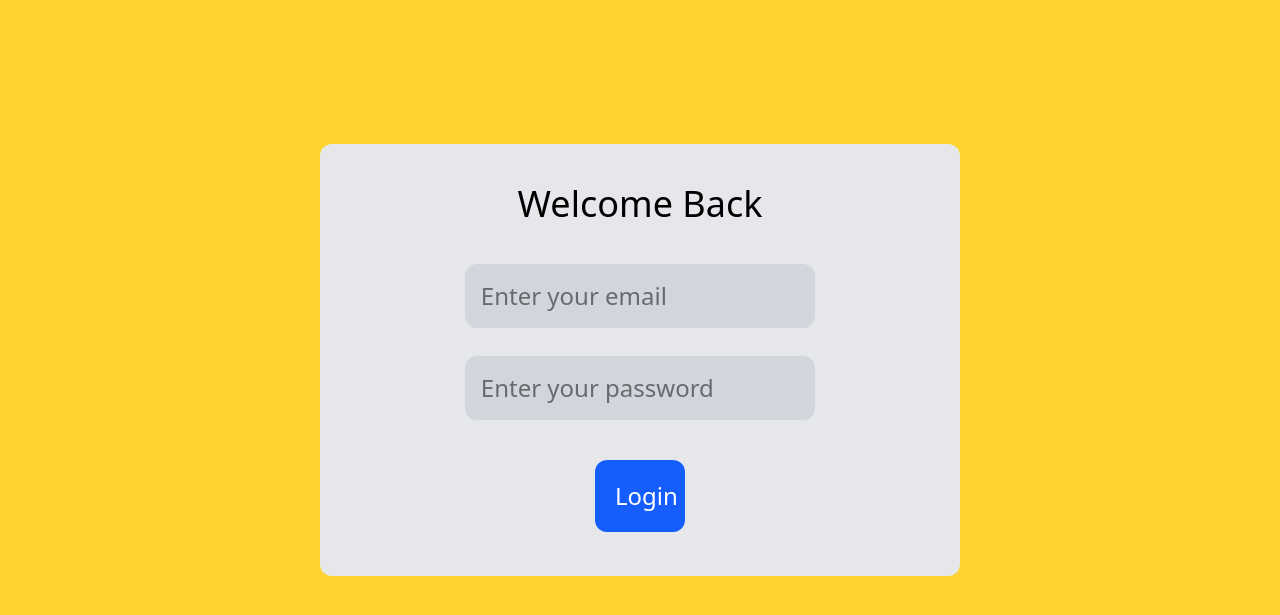
Repository: Habeebur1493/React-App
Page: /
These files come from the project's save history. The page is drawn as it stood at one moment and after the next save; the edit follows.
The browser window is 1280 px wide. The pictures show the whole page.
The page's requests for data from a server got no answer. The project was rebuilt for these pictures with package versions that can differ from the ones it lists, and the page was loaded fresh each time. No one was signed in, and anything a server would have sent is missing. Also part of the build but not shown: vite.config.js, src/Components/Nav.jsx, src/Components/Loading.jsx, src/Components/Home.jsx, src/Components/Details.jsx, src/Components/Addproducts.jsx, src/Components/ShowProducts.jsx.

Above is the page before, as saved 2025-02-05 15:39:59.

### index.html
<!doctype html>
<html lang="en">
  <head>
    <meta charset="UTF-8" />
    <meta name="viewport" content="width=device-width, initial-scale=1.0" />
    <title>Project</title>
  </head>
  <body>
    <div id="root"></div>
    <script type="module" src="/src/main.jsx"></script>
  </body>
</html>

### src/main.jsx
import React, { StrictMode } from "react";
import { createRoot } from "react-dom/client";
import App from "./App.jsx";
import { BrowserRouter } from "react-router-dom";
import Context from "./Components/utils/Context.jsx";
import { ToastContainer } from "react-toastify";

createRoot(document.getElementById("root")).render(
 <StrictMode>
   <Context>
    <BrowserRouter>
      <App />
      <ToastContainer />
    </BrowserRouter>
    </Context>
 </StrictMode>

);

### src/App.jsx
import React, { useState } from "react";
import "./App.css";
import { Route, Routes } from "react-router-dom";
import Login from "./Components/Login.jsx";
import Home from "./Components/Home.jsx";
import Details from "./Components/Details.jsx";
import Addproducts from "./Components/Addproducts.jsx";
import ShowProducts from "./Components/ShowProducts.jsx";

const App = () => {
  const [selectedProduct, setSelectedProduct] = useState(null);

  return (
    <div className='h-screen w-screen flex'>
      <Routes>
        <Route path='/' element={<Login />} />
        <Route path='/Home' element={<Home />} />
        <Route path='/add-products' element={<Addproducts />} />
        <Route path='/details/:id' element={<Details />} />
        <Route path='/show-products'element={<ShowProducts
              setSelectedProduct={setSelectedProduct}
              selectedProduct={selectedProduct}
            />
          }
        />
      </Routes>
    </div>
  );
};

export default App;

### src/Components/utils/Context.jsx
import React, { createContext, useEffect, useState } from "react";
import axios from "axios";

export const ProductContext = createContext();

const Context = ({children}) => {
  const [products, setproducts] = useState([]);

  const getproducts = async () => {
    try {
      const { data } = await axios.get("https://fakestoreapi.com/products");
      setproducts(data);
    } catch (error) {
      console.log( "Error Fetching products"  ,error);
    }
  };

  useEffect(() => {
    getproducts();
  }, []);

  return (
    <ProductContext.Provider value={{products, setproducts}}>
      {children}
    </ProductContext.Provider>
  );
};

export default Context;

### src/Components/Login.jsx
import React, { useEffect, useState } from "react";
import { useNavigate } from "react-router-dom";

const Login = () => {
  const [email, setEmail] = useState("");
  const [password, setPassword] = useState("");

  const navigate = useNavigate();

  useEffect(() => {
    const auth = localStorage.getItem("user");
    if (auth) {
      navigate("/");
    }
  }, [navigate]);

  const login = async () => {
    let result = await fetch("https://reqres.in/api/login", {
      method: "post",
      body: JSON.stringify({ email, password }),
      headers: {
        "Content-Type": "application/json",
        Accept: "application/json",
      },
    });
    result = await result.json();
    console.log(result);

    if (result.token) {
      localStorage.setItem("user", JSON.stringify(email));
      localStorage.setItem("token", JSON.stringify(result.token));
      navigate("/Home");
      } else{
        alert("Please enter correct details")
      }
  }

  return (
      <div className="w-full h-screen flex justify-center items-center bg-amber-300 ">
        <div className="w-[50%] h-[60%] p-5 bg-gray-200 flex-col flex items-center gap-3 rounded-xl">
          <h1 className="text-4xl font semibold mt-5 mb-5">Welcome Back</h1>

          <div className="w-full flex justify-center items-center flex-col gap-3">
            <div className="w-full flex justify-center items-center p-2 rounded-xl gap-2">
              <input
                onChange={(e) => setEmail(e.target.value)}
                type="email"
                placeholder="Enter your email"
                className="bg-gray-300 w-[60%] outline-none p-4 rounded-xl text-2xl"
              />
            </div>
            <div className="w-full flex justify-center items-center bg- gray-800 p-2 rounded-xl gap-2">
              <input
                onChange={(e) => setPassword(e.target.value)}
                type="password"
                placeholder="Enter your password"
                className="bg-gray-300 w-[60%] outline-none p-4 rounded-xl text-2xl"
              />
            </div>
            <button
              onClick={login}
              className="w-[15%] p-5 bg-blue-600 text-white text-2xl rounded-xl mt-5 cursor-pointer"
            >
              Login
            </button>
          </div>
        </div>
      </div>
  );
};

export default Login;

Loaded but not shown: src/App.css (common file)

After the next save:
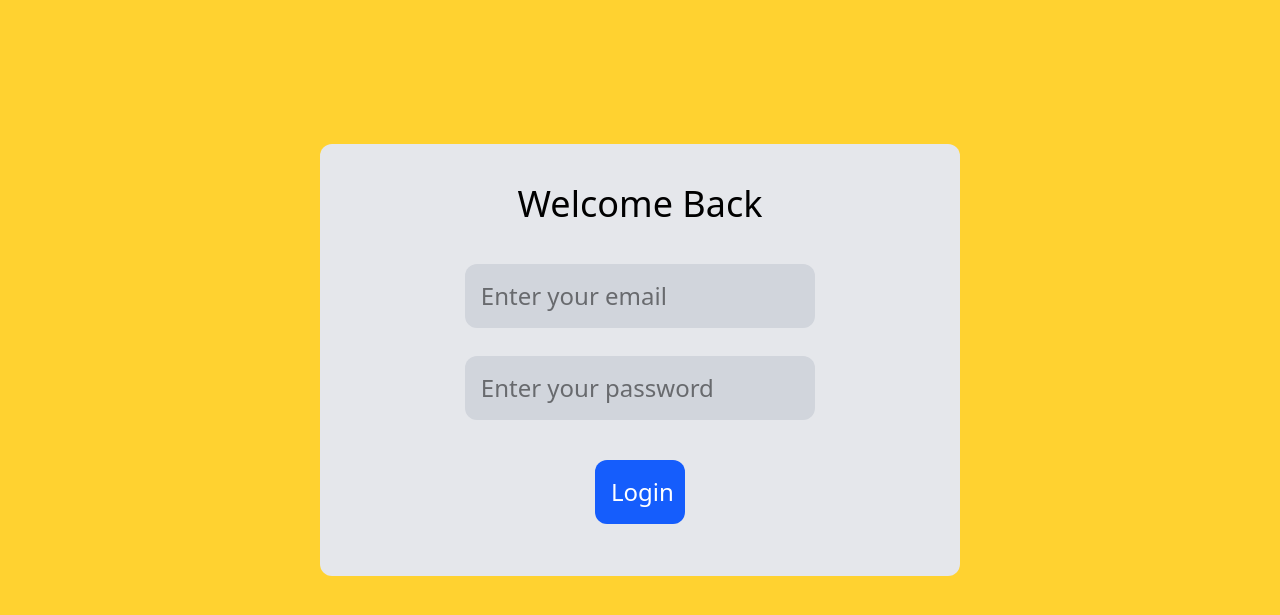
Saved 17 s later.
--- a/src/Components/Login.jsx
+++ b/src/Components/Login.jsx
@@ -59,7 +59,7 @@ const Login = () => {
             </div>
             <button
               onClick={login}
-              className="w-[15%] p-5 bg-blue-600 text-white text-2xl rounded-xl mt-5 cursor-pointer"
+              className="w-[15%] p-4 bg-blue-600 text-white text-2xl rounded-xl mt-5 cursor-pointer"
             >
               Login
             </button>
